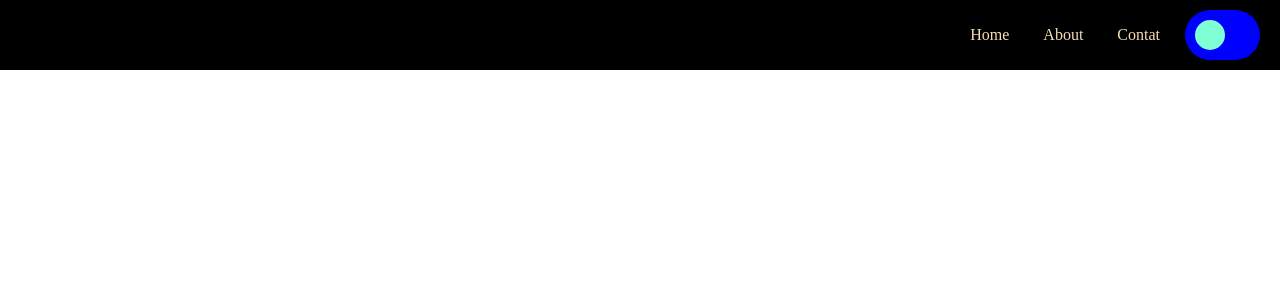
Repository: imokha01/toggleNavBar
Page: index.html
These files come from the project's save history. The page is drawn as it stood at one moment and after the next save; the edit follows.
The browser window is 1280 px wide. The pictures show the whole page.
The first `.checkbox` is checked.

Above is the page before, as saved 2023-12-26 22:39:21.

### index.html
<!DOCTYPE html>
<html lang="en">
<head>
    <meta charset="UTF-8">
    <meta name="viewport" content="width=device-width, initial-scale=1.0">
    <title>Toggle Nav Bar</title>
    <link rel="stylesheet" href="style.css">
</head>
<body>
    <header class="header">
        <div class="header__content">
            <nav class="header__content__navbar">
                <li class="header__content__navbar__list">
                    <a href="#" class="header__content__navbar__link">Home</a>
                </li>
                <li class="header__content__navbar__list">
                    <a href="#" class="header__content__navbar__link">About</a>
                </li>
                <li class="header__content__navbar__list">
                    <a href="#" class="header__content__navbar__link">Contat</a>
                </li>
            </nav>
            <input type="checkbox" class="checkbox toggle-triger">
        </div>

    </header>
</body>
</html>

### style.css
*{
    margin: 0;
    padding: 0;
    box-sizing: border-box;
}

.header {
    background: #000;
    /* height: 70px; */

}


.header__content__navbar__list {
    display: inline-block;
    list-style-type: none;
}

.header__content__navbar__link{
    color: wheat;
    text-decoration: none;
    padding: 15px;
}

.header__content {
    display: flex;
    justify-content: end;
    align-items: center;
    padding: 10px 20px;

    gap: 10px;
}

.checkbox {
    width: 75px;
    height:50px;
    border-radius: 60px;
    background-color: #fff;
    appearance: none;
    position: relative;
    outline: none;
    cursor: pointer;
    transition: .5s;
}

.checkbox::before {
    height: 50px;
    width: 50px;
    position: absolute;
    top: 0;
    left: 0;
    content: "";
    background-color: aquamarine;
    border-radius: 60px;
    transform: scale(0.6);
    transition: .5s;
}

.checkbox:checked{
    background-color: blue;
}

.checkbox:checked::before{
    left:
}

After the next save:
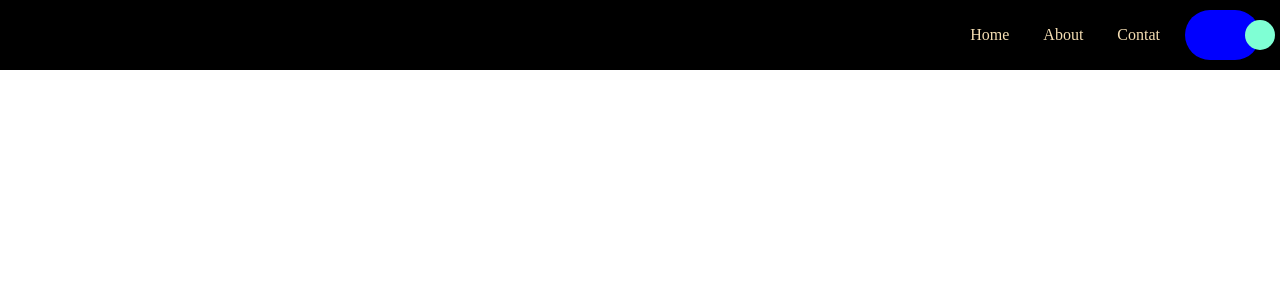
Saved 18 s later.
--- a/style.css
+++ b/style.css
@@ -61,5 +61,5 @@
 }
 
 .checkbox:checked::before{
-    left:
+    left: 50px
 }
